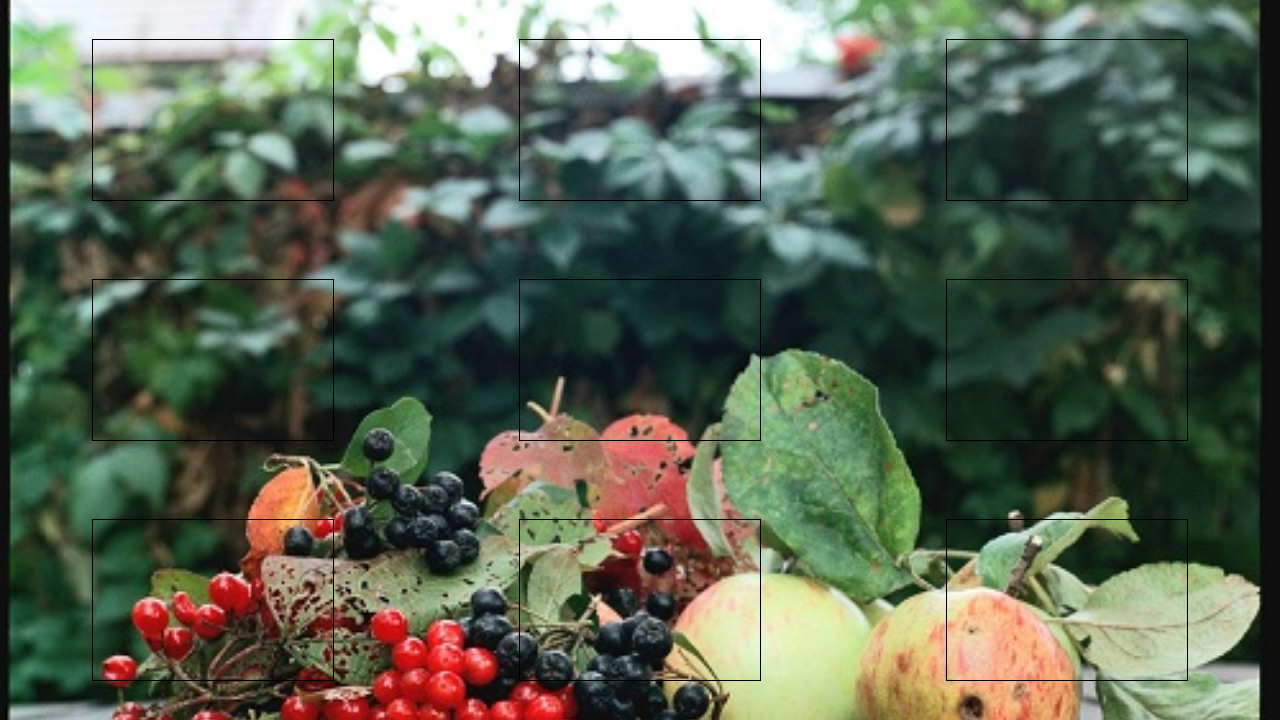
Repository: lidkaa/devTasks
Page: 0. Zadania Testowe/zadania/FlexboxCentered.html
An editor plug-in stored every save of this project. The page is shown before and after the next save, followed by the edit.
The browser window is 1280 px wide. The pictures show the whole page.

Above is the page before, as saved 2022-02-01 09:41:13.

After the next save:
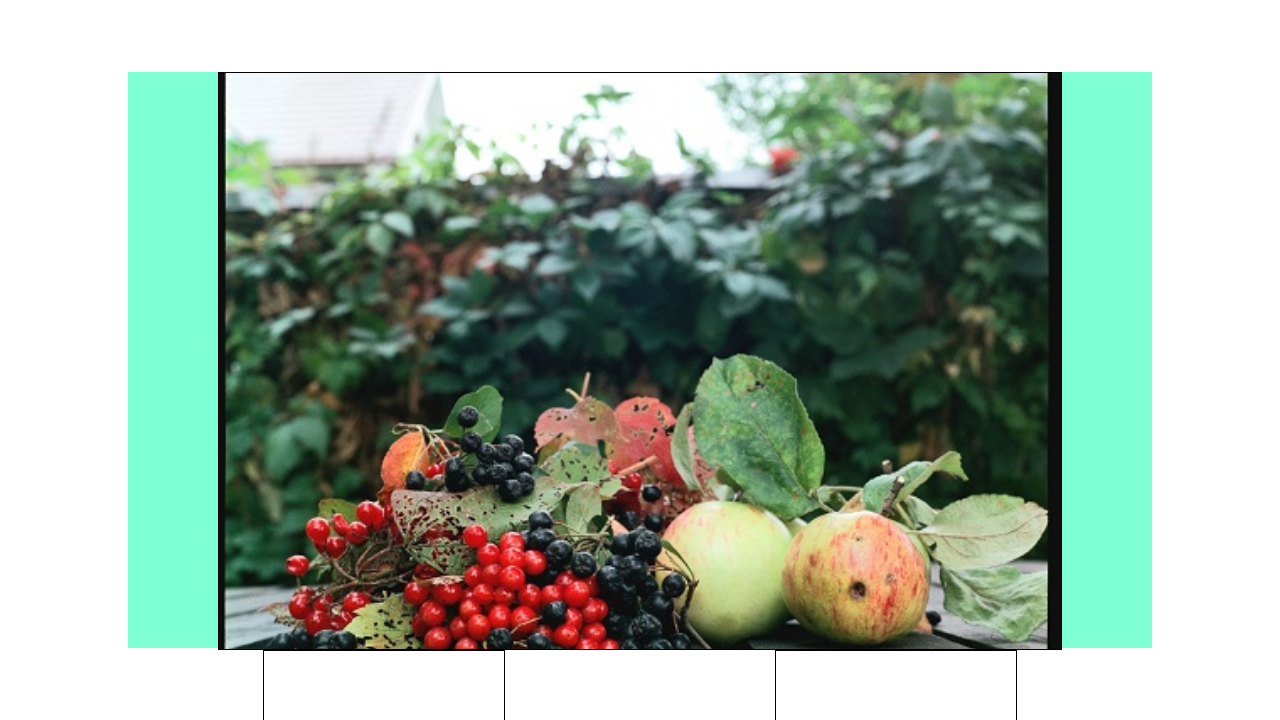
Saved 10 s later.
--- a/0. Zadania Testowe/zadania/flexboxcentered.css
+++ b/0. Zadania Testowe/zadania/flexboxcentered.css
@@ -33,7 +33,7 @@
     /* transition: 2s ; */
 }
 
-.cells:nth-child(1) {
+.cell:nth-child(1) {
     width: 100%;
     height: 100%;
     background-image: url('./pexel/pexel1.jpg');
